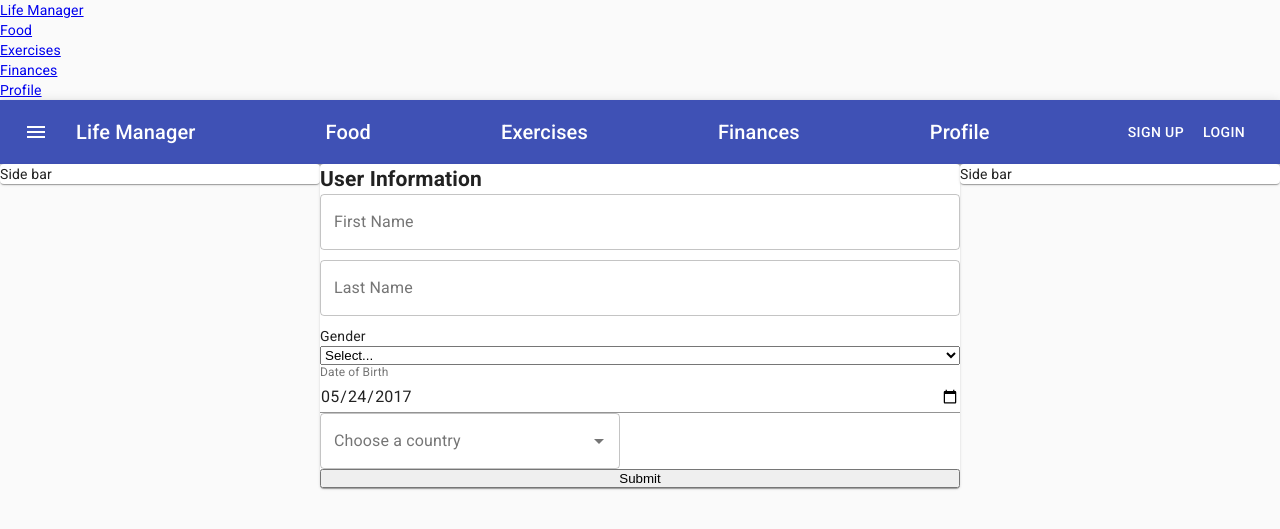
Repository: DaNiels89/lifemanagerreact
Page: /food
An editor plug-in stored every save of this project. The page is shown before and after the next save, followed by the edit.
The browser window is 1280 px wide. The pictures show the whole page.
The project was rebuilt for these pictures with package versions that can differ from the ones it lists, and the page was loaded fresh each time. Also part of the build but not shown: src/assets/components/5_profile/ErrorMessage.js.

Above is the page before, as saved 2020-03-16 16:09:02.

After the next save:
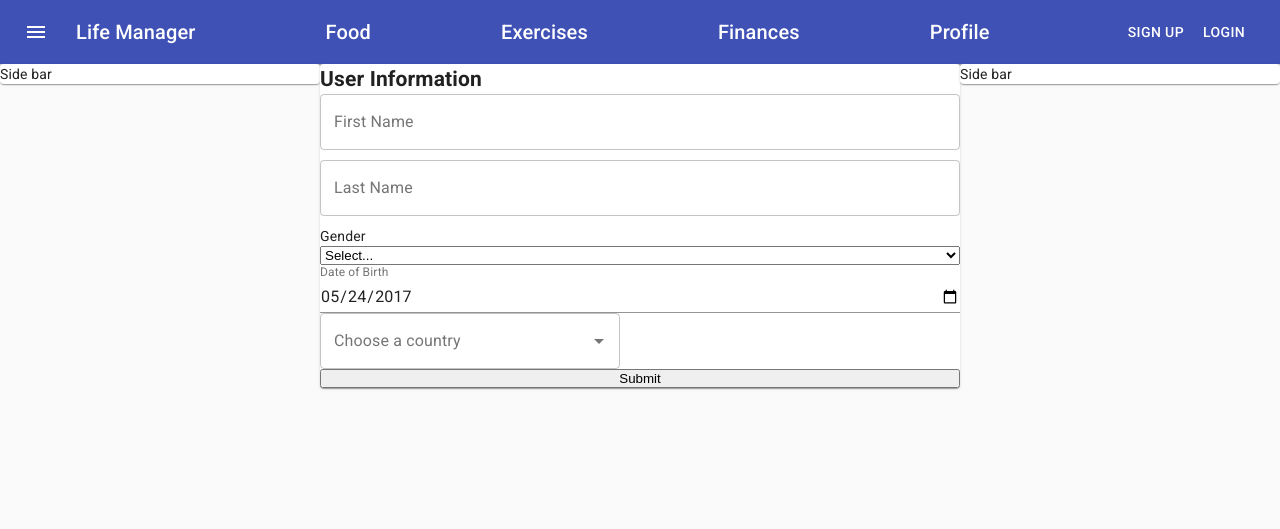
Saved 3 min 24 s later.
--- a/src/App.js
+++ b/src/App.js
@@ -21,81 +21,23 @@ export default function App() {
 
   return (
     <React.Fragment>
-      <Router>
-        <div>
-          <nav>
-            <ul>
-              <li>
-                <Link to="/">Life Manager</Link>
-              </li>
-              <li>
-                <Link to="/food">Food</Link>
-              </li>
-              <li>
-                <Link to="/exercises">Exercises</Link>
-              </li>
-              <li>
-                <Link to="/finances">Finances</Link>
-              </li>
-              <li>
-                <Link to="/profile">Profile</Link>
-              </li>
-            </ul>
-          </nav>
-
-          {/* A <Switch> looks through its children <Route>s and
-            renders the first one that matches the current URL. */}
-          <Switch>
-            <Route path="/profile">
+      <CssBaseline />
+      <div className={classes.main}>
+        <Header />
+        <Grid container>
+          <Grid item xs={3}>
+            <Paper className={classes.paper}>Side bar</Paper>
+          </Grid>
+          <Grid item xs={6}>
+            <Paper className={classes.paper}>
               <UserDetails />
-            </Route>
-            <Route path="/finances">{/* <Finances /> */}</Route>
-            <Route path="/exercises">{/* <Exercises /> */}</Route>
-            <Route path="/food">{/* <Food /> */}</Route>
-            <Route path="/">{/* <Home /> */}</Route>
-          </Switch>
-        </div>
-      </Router>
-
-      <React.Fragment>
-        <CssBaseline />
-        <div className={classes.main}>
-          <Header />
-          <Grid container>
-            <Grid item xs={3}>
-              <Paper className={classes.paper}>Side bar</Paper>
-            </Grid>
-            <Grid item xs={6}>
-              <Paper className={classes.paper}>
-                <UserDetails />
-              </Paper>
-            </Grid>
-            <Grid item xs={3}>
-              <Paper className={classes.paper}>Side bar</Paper>
-            </Grid>
+            </Paper>
           </Grid>
-        </div>
-      </React.Fragment>
+          <Grid item xs={3}>
+            <Paper className={classes.paper}>Side bar</Paper>
+          </Grid>
+        </Grid>
+      </div>
     </React.Fragment>
   );
 }
-
-// function Home() {
-// return <h2>Home</h2>;
-// }
-
-function Food() {
-  return <h2>Food</h2>;
-}
-
-function Exercises() {
-  return <h2>Exercises</h2>;
-}
-
-function Finances() {
-  return <h2>Finances</h2>;
-}
-
-function Profile() {
-  return <h2>About</h2>;
-}
